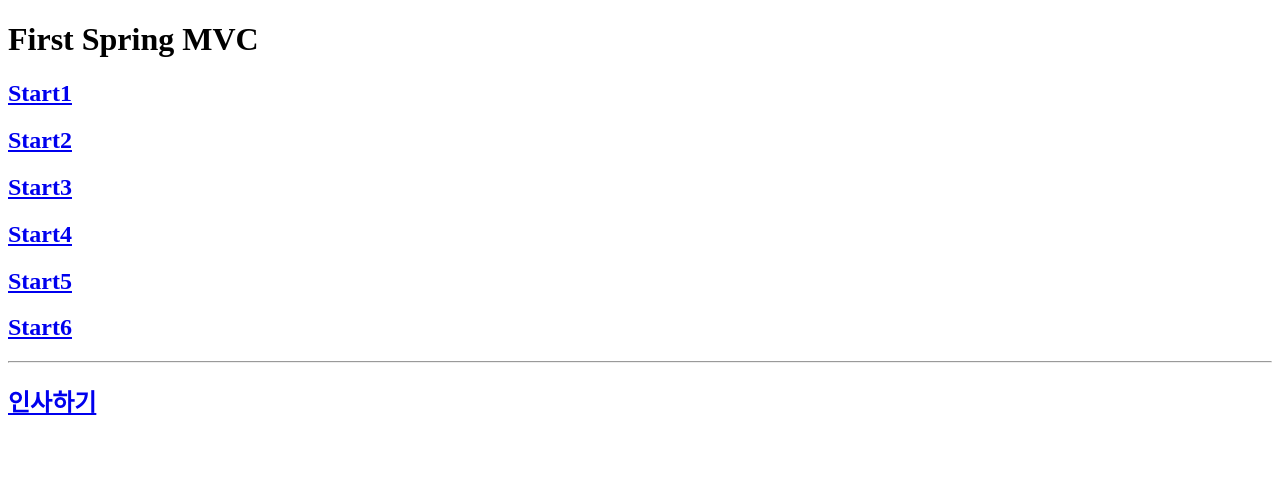
Repository: Developer120000/spring_mvc_study
Page: http://localhost/spring_mvc02/
These files come from the project's save history. The page is drawn as it stood at one moment and after the next save; the edit follows.
The browser window is 1280 px wide. The pictures show the whole page.
The page is served by Tomcat 9.

Above is the page before, as saved 2024-03-19 03:06:32.

After the next save:
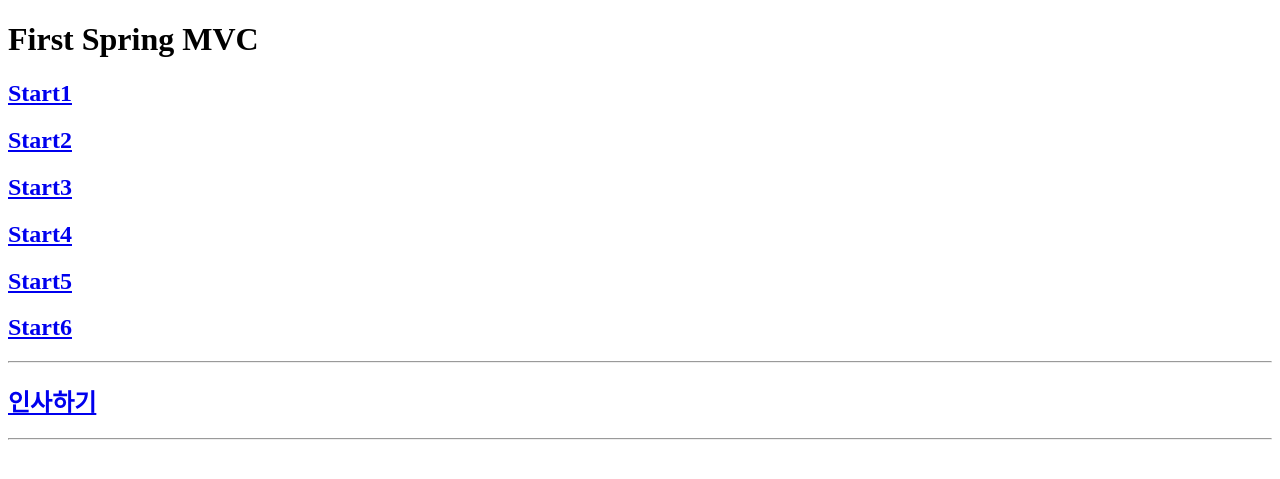
Saved 3 min 46 s later.
--- a/spring_mvc02/src/main/webapp/WEB-INF/views/index.jsp
+++ b/spring_mvc02/src/main/webapp/WEB-INF/views/index.jsp
@@ -18,6 +18,7 @@
 	<hr>
 
 	<h2><a href="hello.do">인사하기</a></h2>
-
+	<hr>
+	<form action="calc.do" method="post"></form>
 </body>
 </html>
